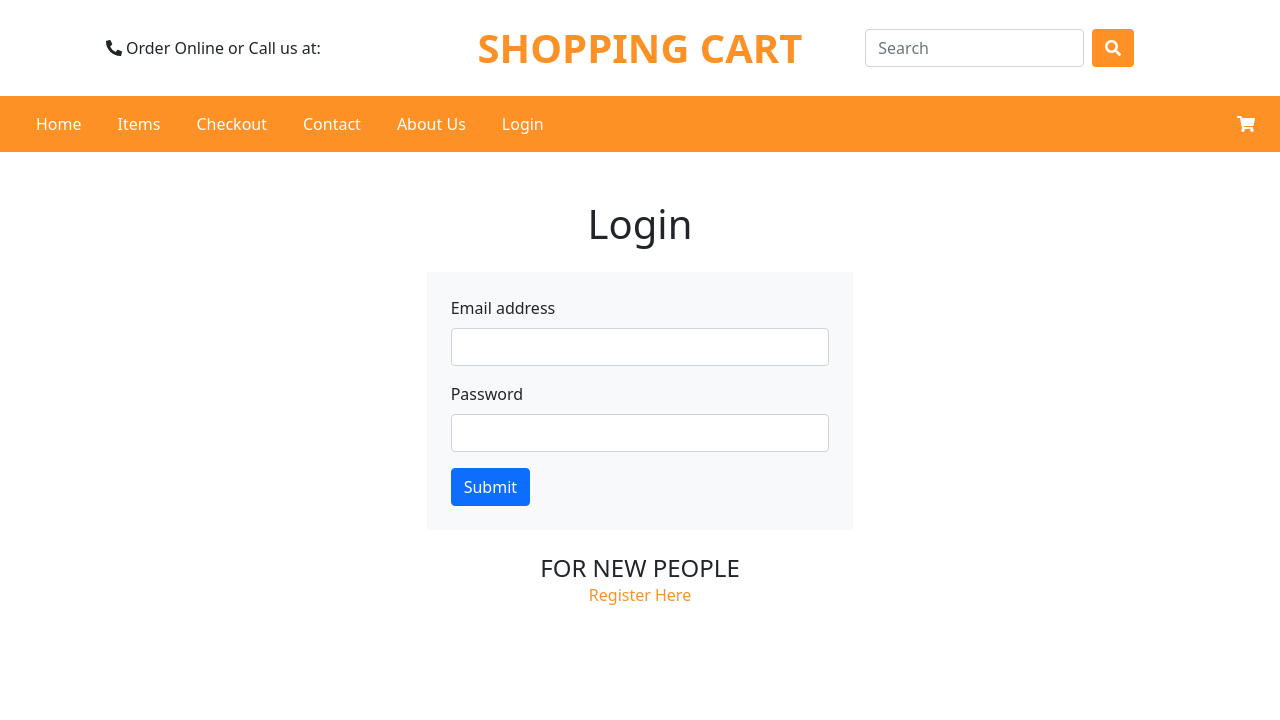
Repository: SaudCh/React-Ecommerce
Page: /login
The author's editor kept a copy of each file at every save. The page is drawn from the files as they stood at one save, then again after the next save.
The browser window is 1280 px wide. The pictures show the whole page.
The project was rebuilt for these pictures with package versions that can differ from the ones it lists, and the page was loaded fresh each time. Also part of the build but not shown: src/App.css, src/Home/Carousel.jsx, src/data/items.js, src/data/discounted.js, src/Home/Card.jsx, src/Home/home.jsx, src/Register/register.jsx, src/data/AllItems.js and 1 more.

Above is the page before, as saved 2021-12-15 18:23:22.

After the next save:
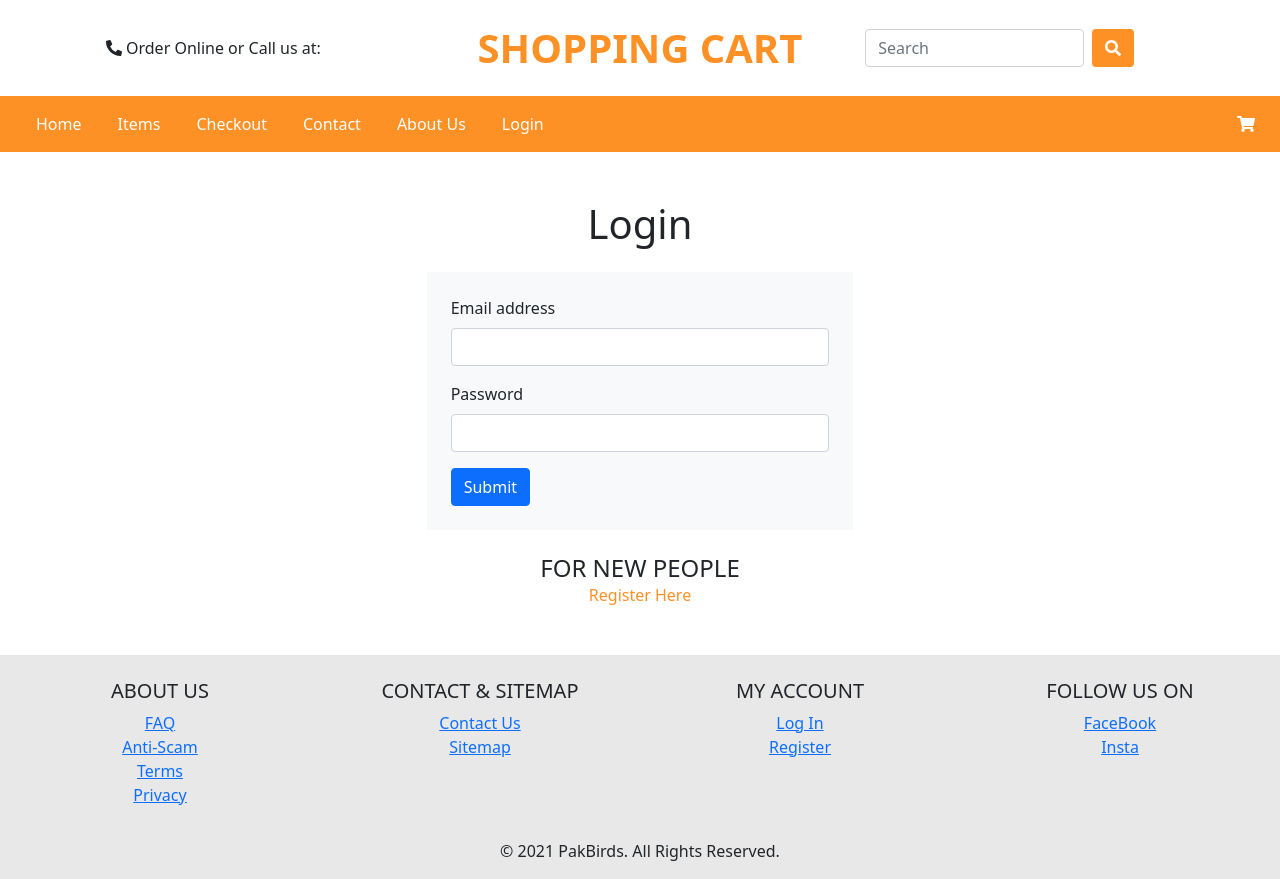
Saved 2 min 5 s later.
--- a/src/App.js
+++ b/src/App.js
@@ -7,6 +7,7 @@ import { BrowserRouter, Switch, Route } from "react-router-dom";
 import Login from "./Login/Login";
 import Register from "./Register/register";
 import Item from "./Item/item";
+import Footer from "./Footer/Footer";
 
 function App() {
   return (
@@ -26,6 +27,7 @@ function App() {
           <Register />
         </Route>
       </Switch>
+      <Footer />
     </BrowserRouter>
   );
 }
